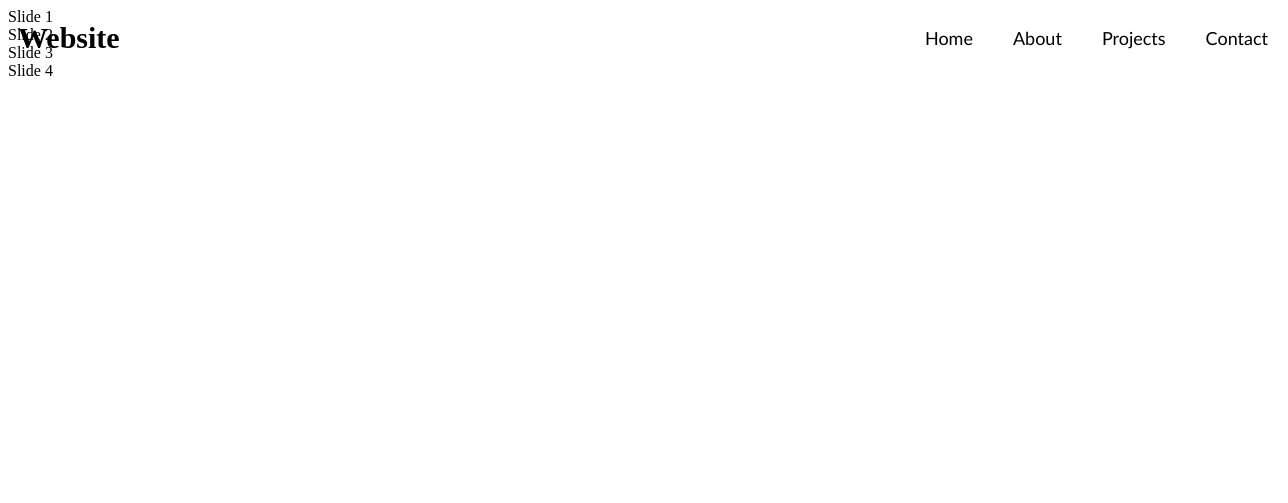
Repository: alishbah7/Choice1
Page: index.html
An editor plug-in stored every save of this project. The page is shown before and after the next save, followed by the edit.
The browser window is 1280 px wide. The page is 1288 px wide, then 1280 px, so the pictures cover 1288 px, including what lies to the right of the window. The pictures show the whole page.

Above is the page before, as saved 2024-11-23 20:31:52.

After the next save:
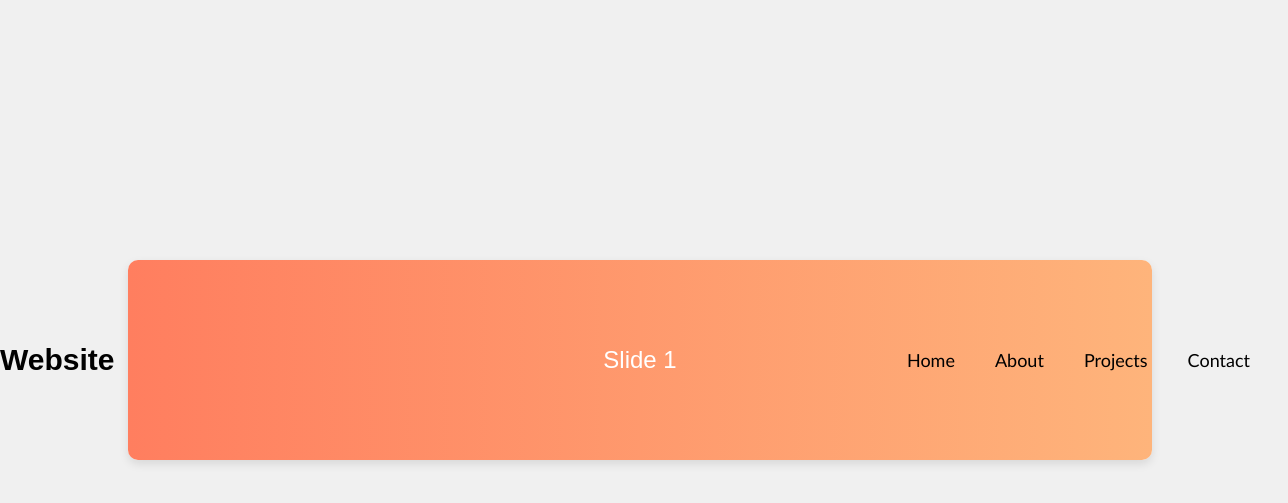
Saved 21 s later.
--- a/style.css
+++ b/style.css
@@ -125,3 +125,83 @@ header h1{
       font-size: 20px;
     }
 }
+
+
+
+/* General Reset */
+body {
+    margin: 0;
+    padding: 0;
+    font-family: Arial, sans-serif;
+    display: flex;
+    justify-content: center;
+    align-items: center;
+    height: 100vh;
+    background: #f0f0f0;
+  }
+
+  .swiper-container {
+    width: 80%;
+    overflow: hidden;
+    position: relative;
+    background: white;
+    border-radius: 10px;
+    box-shadow: 0 4px 10px rgba(0, 0, 0, 0.1);
+  }
+
+  .swiper-wrapper {
+    display: flex;
+    transition: transform 0.5s ease-in-out;
+  }
+
+  .swiper-slide {
+    min-width: 100%;
+    height: 200px;
+    display: flex;
+    justify-content: center;
+    align-items: center;
+    font-size: 1.5rem;
+    color: white;
+    background: linear-gradient(to right, #ff7e5f, #feb47b);
+  }
+
+  .swiper-pagination {
+    position: absolute;
+    bottom: 10px;
+    left: 50%;
+    transform: translateX(-50%);
+    display: flex;
+    gap: 5px;
+  }
+
+  .swiper-pagination span {
+    width: 10px;
+    height: 10px;
+    background: #ddd;
+    border-radius: 50%;
+    cursor: pointer;
+  }
+
+  .swiper-pagination .active {
+    background: #ff7e5f;
+  }
+
+  /* Enable sliding functionality using CSS only */
+  .swiper-container:hover .swiper-wrapper {
+    animation: slide 12s infinite;
+  }
+
+  @keyframes slide {
+    0%, 25% {
+      transform: translateX(0%);
+    }
+    50% {
+      transform: translateX(-100%);
+    }
+    75% {
+      transform: translateX(-200%);
+    }
+    100% {
+      transform: translateX(-300%);
+    }
+  }
